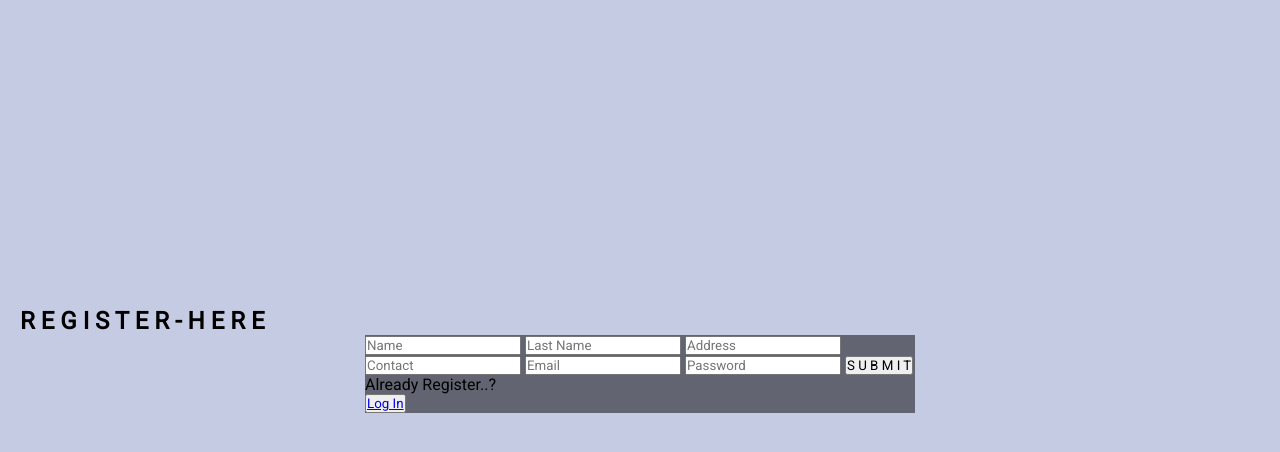
Repository: Krushna26nk/WebApplication
Page: http://localhost/Application/
An editor plug-in stored every save of this project. The page is shown before and after the next save, followed by the edit.
The browser window is 1280 px wide. The pictures show the whole page.
The page is served by Tomcat 9. Other server files are loaded and not shown.

Above is the page before, as saved 2019-05-31 13:16:00.

### web/Application/WebContent/RegisterData.jsp
<%@ page language="java" contentType="text/html; charset=UTF-8"
    pageEncoding="UTF-8"%>
<!DOCTYPE html PUBLIC "-//W3C//DTD HTML 4.01 Transitional//EN" "http://www.w3.org/TR/html4/loose.dtd">
<html>
<head>
<meta http-equiv="Content-Type" content="text/html; charset=UTF-8">
<link rel="stylesheet" type="text/css" href="Style.css">
<title>Insert title here</title>
</head>
<body bg="blur.jpg">
<div class="regDiv">
	<h2> R E G I S T E R - H E R E </h2>
<div class="formDiv">
	<form class="form" action="Registration" style="align:middle;">
				 <div class="inputFields">

					  	<input type="text" id="firstName" placeholder="Name" name="uname">

				 	  	<input type="text" id="lastName" placeholder="Last Name" name="lname">

				  	   	<input type="text" id="userAddress" placeholder="Address" name="address">

				  		<input type="number" id="contactNo" placeholder="Contact" name="contact">

				  		<input type="email" id="emailId" placeholder="Email" name="email">

				  		<input type="password" id="userPassword" placeholder="Password" name="pass">


		 	<input type="submit" value="S U B M I T">
		 </div>
	</form>
	<p> Already Register..?  </p>
		<button type="button"><a href="Login.jsp"> Log In </a></button>

</div>

</div>


<script type="text/javascript">
	var userFName = document.getElementById("firstName");
	var userLName = document.getElementById("lastName");
	var userAddr = document.getElementById("userAddress");
	var contct = document.getElementById("contactNo");
	var emailId = document.getElementById("emailId");
	var userPass = document.getElementById("userPassword");
</script>


</body>
</html>

### web/Application/WebContent/Style.css
@CHARSET "UTF-8";
@import url('https://fonts.googleapis.com/css?family=Roboto');
*{
	margin:0;
	padding:0;
	box-sizing: border-box;
	outline:none;
	font-family: 'Roboto', sans-serif;
}
body{
	background-color:#C5CBE3;
}

.regDiv{
	position:absolute;
	top:50%;
	transform:translateY(-50%);
	width:100%;
	padding:0px 20px;

}
.formDiv{
	max-width:550px;
	margin:0 auto;
	background:rgba(0,0,0,0.5);
}

After the next save:
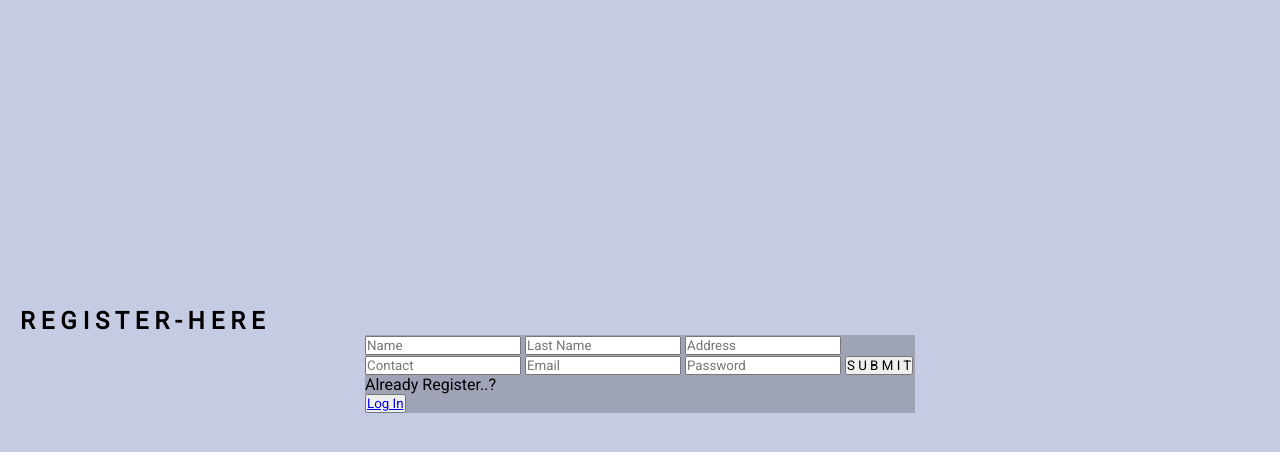
Saved 10 s later.
--- a/web/Application/WebContent/Style.css
+++ b/web/Application/WebContent/Style.css
@@ -22,5 +22,5 @@ body{
 .formDiv{
 	max-width:550px;
 	margin:0 auto;
-	background:rgba(0,0,0,0.5);
+	background:rgba(0,0,0,0.2);
 }
